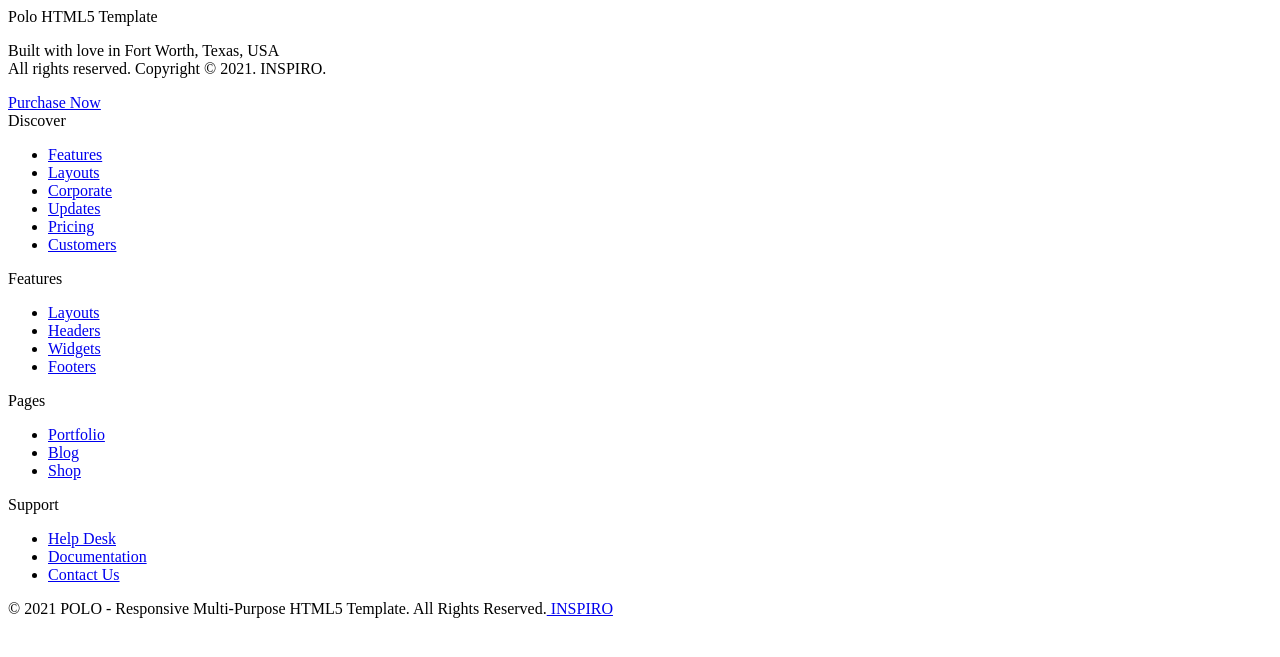
Repository: gavinj1999/burblings
Page: resources/views/livewire/app/footer.blade.php
These files come from the project's save history. The page is drawn as it stood at one moment and after the next save; the edit follows.
The browser window is 1280 px wide. The pictures show the whole page.
The page is served by the project's Laravel application, run on PHP 8.4 with Laravel 10. The template is opened directly, without the code that normally fills it, so the values that code supplies are empty.

Above is the page before, as saved 2023-09-26 23:06:23.

After the next save:
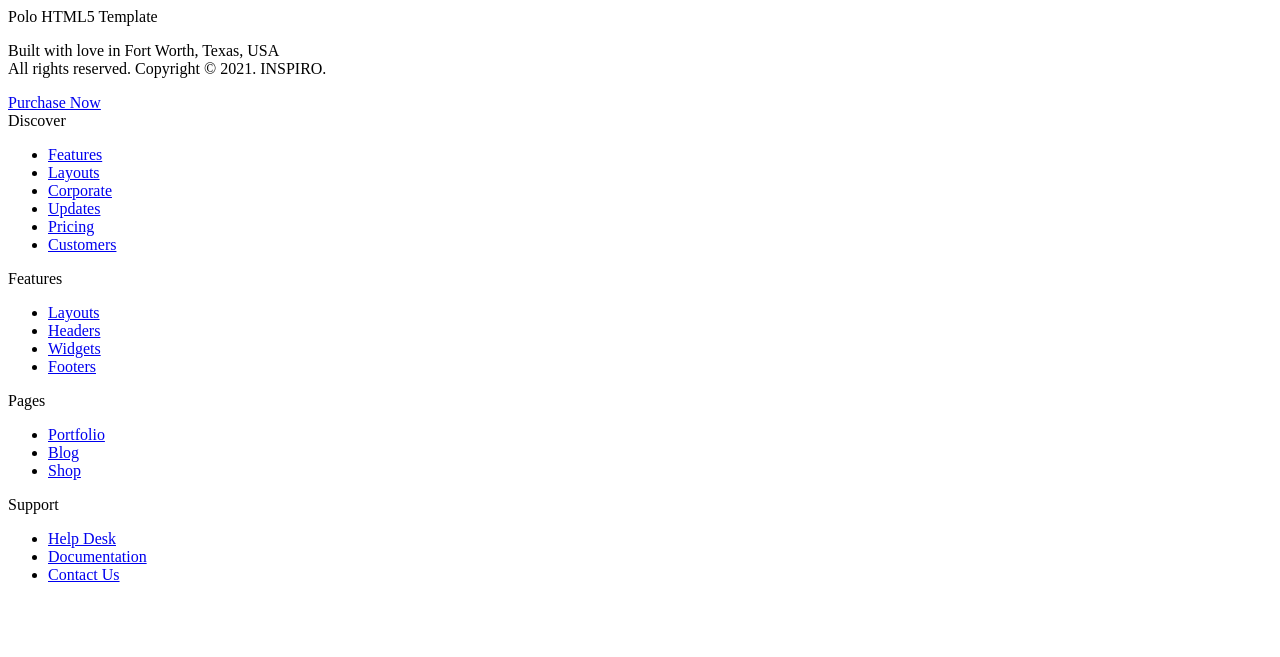
Saved 12 s later.
--- a/resources/views/livewire/app/footer.blade.php
+++ b/resources/views/livewire/app/footer.blade.php
@@ -66,10 +66,6 @@
             </div>
         </div>
     </div>
-    <div class="copyright-content">
-        <div class="container">
-            <div class="copyright-text text-center">&copy; 2021 POLO - Responsive Multi-Purpose HTML5 Template. All Rights Reserved.<a href="https://www.inspiro-media.com" target="_blank" rel="noopener"> INSPIRO</a> </div>
-        </div>
-    </div>
+<livewire:app.copyright/>
 </footer>
 <!-- end: Footer -->
